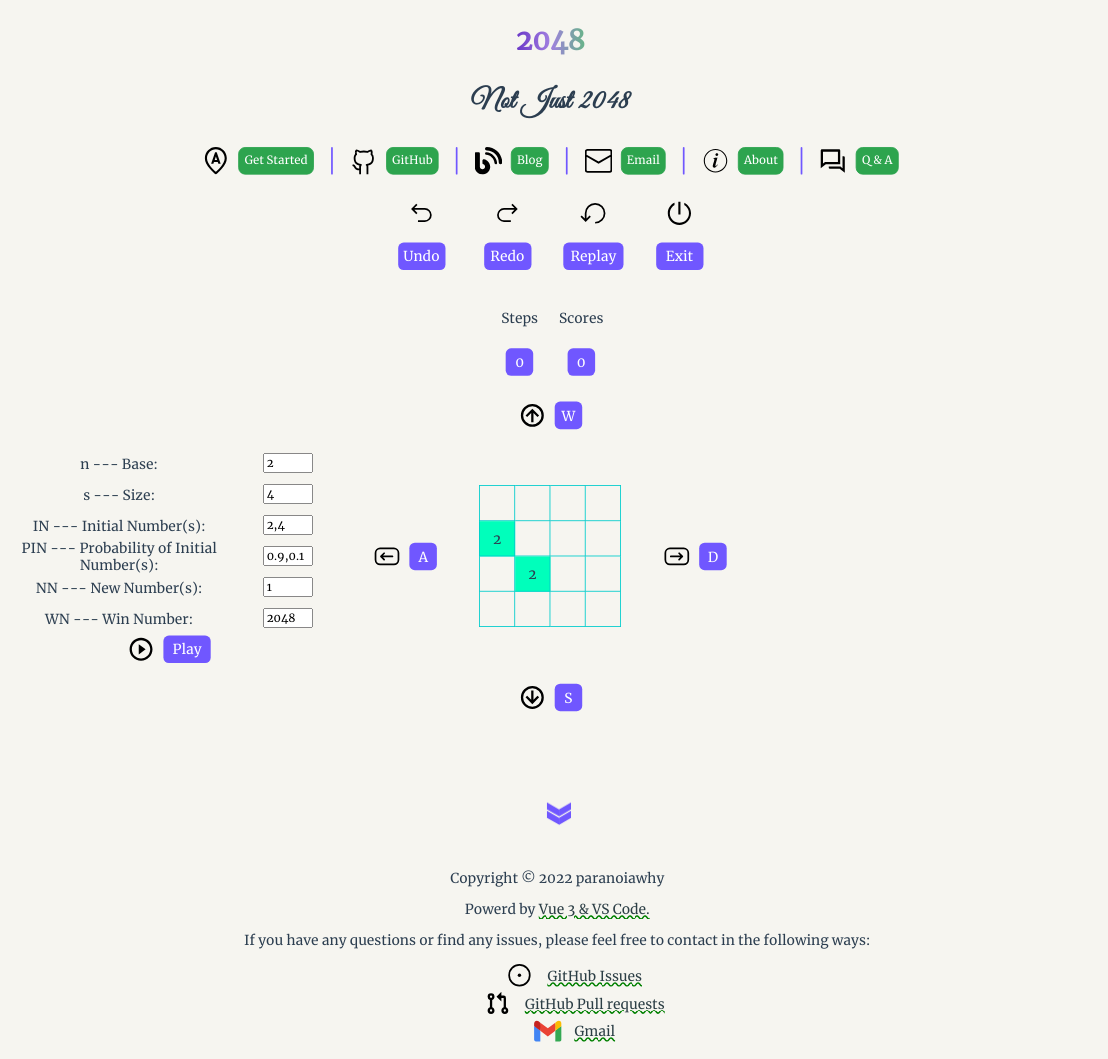
Repository: 321paranoiawhy/2048
Page: /
An editor plug-in stored every save of this project. The page is shown before and after the next save, followed by the edit.
The browser window is 1280 px wide. The page is 1288 px wide, so the pictures cover 1288 px, including what lies to the right of the window. The pictures show the whole page, at 86% of full size.
The project was rebuilt for these pictures with package versions that can differ from the ones it lists, and the page was loaded fresh each time. Also part of the build but not shown: vue.config.js.

Above is the page before, as saved 2022-04-29 21:52:34.

### src/App.vue
<template>
    <router-view />
</template>

<style lang="scss">
// 字体
@font-face {
    font-family: Merriweather-Regular;
    src: url(/src/assets/fonts/Merriweather-Regular.ttf);
}
#app {
    font-family: Merriweather-Regular;
    -webkit-font-smoothing: antialiased;
    -moz-osx-font-smoothing: grayscale;
    text-align: center;
    color: #2c3e50;
}
// 网页背景色 https://manuelmoreale.com/
html {
    background-color: #f6f5f0;
    scroll-behavior: smooth;
}
nav {
    padding: 30px;

    a {
        font-weight: bold;
        color: #2c3e50;

        &.router-link-exact-active {
            color: #42b983;
        }
    }
}
</style>

### src/components/footer.vue
<template>
    <!-- https://www.rapidtables.com/web/html/html-codes/html-code-copyright.html -->
    <!-- &copy; -->
    <!-- &#9400; -->
    <footer>
        <div class="container">
            <div class="chevron"></div>
            <div class="chevron"></div>
            <div class="chevron"></div>
        </div>
        <!-- <img
            src="../assets/images/IcRoundKeyboardDoubleArrowDown.svg"
            alt="DoubleArrowDown"
            class="double-arrow-down"
        /> -->
        <p>Copyright &copy; 2022 paranoiawhy</p>
        <p>Powerd by <a>Vue 3 & VS Code.</a></p>
        <p>
            If you have any questions or find any issues, please feel free to
            contact in the following ways:
        </p>
        <ul>
            <li>
                <img src="../assets/images/CodiconIssues.svg" alt="" />
                <a
                    href="https://github.com/321paranoiawhy/2048-Vue/issues"
                    target="_blank"
                    >GitHub Issues
                </a>
            </li>
            <li>
                <img src="../assets/images/MdiSourcePull.svg" alt="" />
                <a
                    href="https://github.com/321paranoiawhy/2048-Vue/pulls"
                    target="_blank"
                    >GitHub Pull requests
                </a>
            </li>
            <li>
                <img src="../assets/images/LogosGoogleGmail.svg" alt="" />
                <a href="mailto:paranoiawhy@gmail.com">Gmail</a>
            </li>
        </ul>
    </footer>
</template>

<script>
export default {
    name: "Footer",
};
</script>

<style lang="scss">
// 定义图标尺寸
$width-height: 32px;
// 文字波浪下划线 https://developer.mozilla.org/zh-CN/docs/Web/CSS/text-decoration
footer a {
    text-decoration: green wavy underline;
    color: #2c3e45;
}
footer {
    // display: flex;
    // justify-content: center;
    // align-items: center;
    position: absolute;
    width: 100%;

    margin-top: 80px;
    & .double-arrow-down {
        width: 50px;
        height: 50px;
    }
    & ul {
        width: fit-content;
        margin-left: auto;
        margin-right: auto;
        & li {
            display: flex;
            justify-content: center;
            align-items: center;
            & img {
                width: $width-height;
                height: $width-height;
                margin-right: 15px;
            }
        }
    }
    & .container {
        position: relative;
        width: 24px;
        height: 24px;
        margin: 0 auto 80px;
    }
}

.chevron {
    position: absolute;
    width: 28px;
    height: 8px;
    opacity: 0;
    transform: scale3d(0.5, 0.5, 0.5);
    animation: move 3s ease-out infinite;
}

.chevron:first-child {
    animation: move 3s ease-out 1s infinite;
}

.chevron:nth-child(2) {
    animation: move 3s ease-out 2s infinite;
}

.chevron:before,
.chevron:after {
    content: " ";
    position: absolute;
    top: 0;
    height: 100%;
    width: 51%;
    background: #7057ff;
}

.chevron:before {
    left: 0;
    transform: skew(0deg, 30deg);
}

.chevron:after {
    right: 0;
    width: 50%;
    transform: skew(0deg, -30deg);
}

@keyframes move {
    25% {
        opacity: 1;
    }
    33% {
        opacity: 1;
        transform: translateY(30px);
    }
    67% {
        opacity: 1;
        transform: translateY(40px);
    }
    100% {
        opacity: 0;
        transform: translateY(55px) scale3d(0.5, 0.5, 0.5);
    }
}
</style>

Loaded but not shown: public/index.html (common file); src/main.js (common file); src/store/index.js (common file); src/router/index.js (41 lines, source omitted); src/views/HomeView.vue (1187 lines, source omitted)

After the next save:
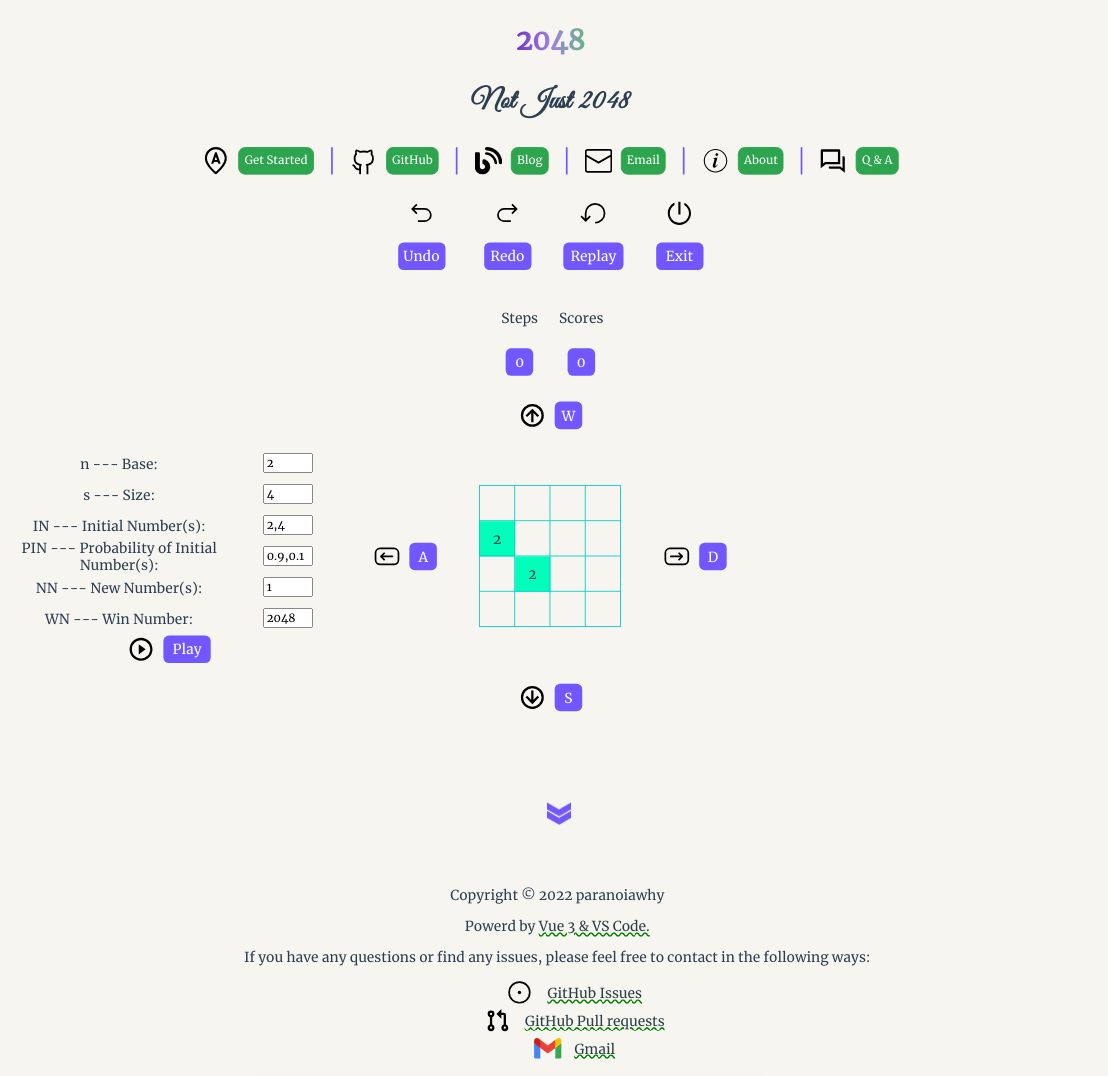
Saved 10 s later.
--- a/src/components/footer.vue
+++ b/src/components/footer.vue
@@ -89,7 +89,7 @@ footer {
         position: relative;
         width: 24px;
         height: 24px;
-        margin: 0 auto 80px;
+        margin: 0 auto 100px;
     }
 }
 
